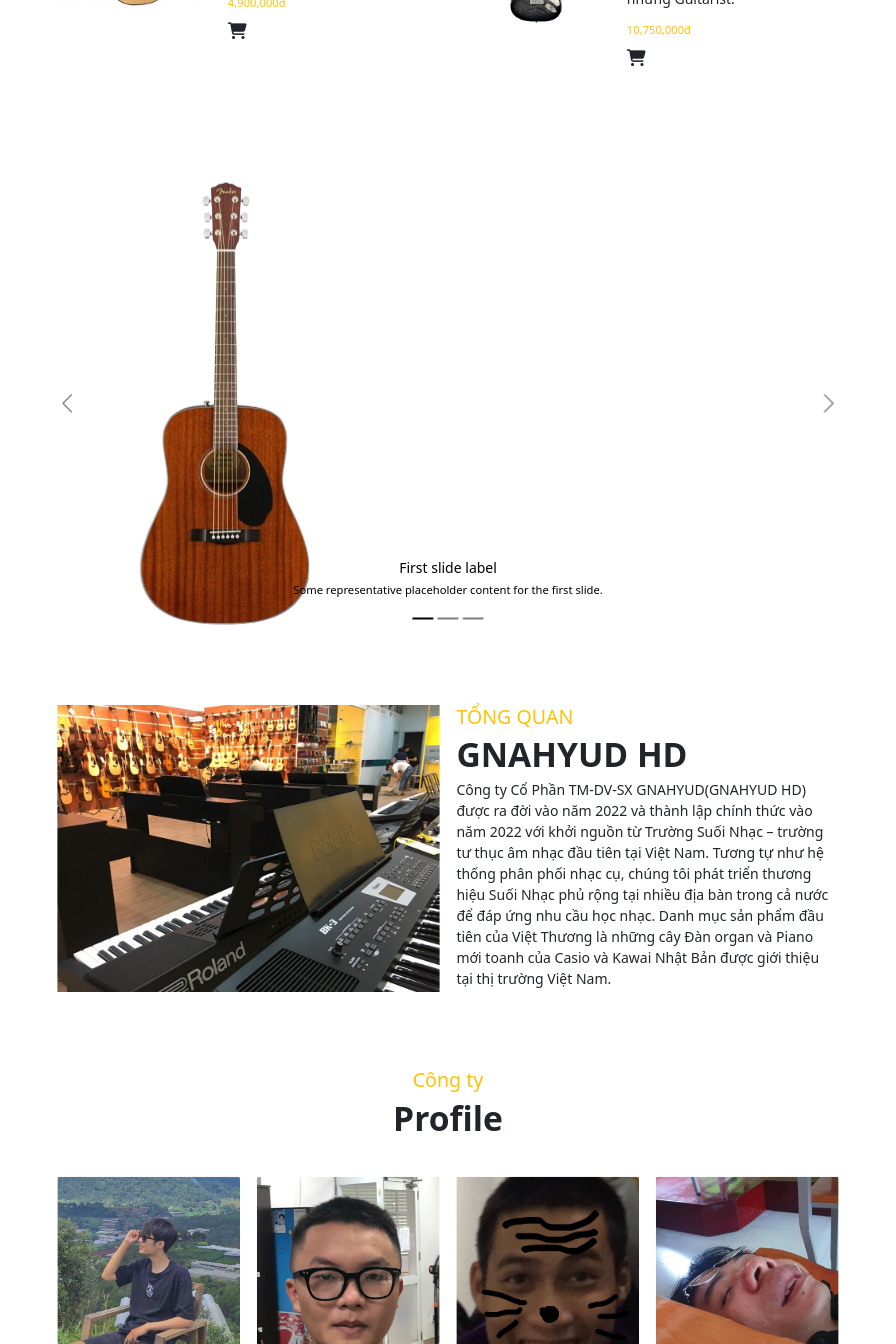
Repository: HoangDuy315/guitar
Page: index.html
An editor plug-in stored every save of this project. The page is shown before and after the next save, followed by the edit.
The browser window is 1280 px wide. The pictures show the part of the page from y = 1943 to 3863 px (the page is 5204 px tall before and 4869 px after), at 70% of full size.
Some web libraries are served in a nearby version.

Above is the page before, as saved 2022-09-16 15:27:43.

### index.html
<!doctype html>
<html lang="en">
  <head>
    <meta charset="utf-8">
    <meta name="viewport" content="width=device-width, initial-scale=1">
    <link href="https://cdn.jsdelivr.net/npm/bootstrap@5.1.3/dist/css/bootstrap.min.css" rel="stylesheet" integrity="sha384-1BmE4kWBq78iYhFldvKuhfTAU6auU8tT94WrHftjDbrCEXSU1oBoqyl2QvZ6jIW3" crossorigin="anonymous">

    <title>Guitar HD</title>
    <script src="https://kit.fontawesome.com/9676e8dc1b.js" crossorigin="anonymous"></script>
    <link rel="stylesheet" href="style.css">
  </head>
  <body>

    <!-- Nav -->
    <nav class="navbar navbar-expand-lg navbar-dark fixed-top py-3" id="navbar">
        <div class="container">
          <a class="navbar-brand fs-3 text-warning" href="#">GUITAR HD</a>
          <button class="navbar-toggler" type="button" data-bs-toggle="collapse" data-bs-target="#navbarSupportedContent" aria-controls="navbarSupportedContent" aria-expanded="false" aria-label="Toggle navigation">
            <span class="navbar-toggler-icon"></span>
          </button>
          <div class="collapse navbar-collapse" id="navbarSupportedContent">
            <ul class="navbar-nav me-auto mb-2 mb-lg-0 fs-5">
              <li class="nav-item">
                <a class="nav-link" href="#">Giới thiệu</a>
              </li>
              <li class="nav-item">
                <a class="nav-link" href="#">Tin tức</a>
              </li>
              <li class="nav-item dropdown">
                <a class="nav-link dropdown-toggle" href="#" id="navbarDropdown" role="button" data-bs-toggle="dropdown" aria-expanded="false">
                  Sản phẩm
                </a>
                <ul class="dropdown-menu" aria-labelledby="navbarDropdown">
                  <li><a class="dropdown-item" href="#">Guitar Clasic</a></li>
                  <li><a class="dropdown-item" href="#">Guitar Accoutic</a></li>
                  <li><a class="dropdown-item" href="#">Electronic Guitar</a></li>
                  <li><hr class="dropdown-divider"></li>
                  <li><a class="dropdown-item" href="#">Phụ kiện Guitar</a></li>
                </ul>
              </li>
              <li class="nav-item">
                <a class="nav-link" href="#">Liên hệ</a>
              </li>
            </ul>
            <a class="navbar-brand fw-bold  fs-3 text-warning" href="#"></a>
            <button class="btn  btn-outline-warning px-9 rounded-pill ms-auto">Login</button>
            <button class="btn  btn-outline-warning px-9 rounded-pill ms-3">Sign up</button>
          </div>
        </div>
      </nav>

    <!-- HomePage -->
    <section id="home" class="d-flex">
        <div class="container d-flex align-items-center">
            <div class="row justify-content-center">
                <div class="col-md-6">
                    <h1 class="display-1 fw-bolder text-white text-center">
                        BRINGING MUSIC TO<span class="text-warning"> EVERYONE</span>
                    </h1>
                </div>
            </div>
        </div>
    </section>

    <!-- Menu -->
    <section id="menu">
        <div class="container my-5 py-5">
            <div class="row mb-5">
                <div class="col-12 text-center">
                    <h3 class="text-warning">SẢN PHẨM</h3>
                    <h2 class="display-5 fw-bold">BEST SELLER</h2>
                </div>
            </div>
            <!-- 1 -->
            <div class="row">
                <div class="col-md-6">
                    <div class="card mb-3 border-0">
                        <div class="row g-0">
                          <div class="col-md-5 d-flex align-items-center">
                            <img src="./assets/ac1.png" class="img-fluid" alt="...">
                          </div>
                          <div class="col-md-7">
                            <div class="card-body">
                              <h5 class="card-title fs-3 fw-bold">FENDER FSR V3 CD60 MAH WN</h5>
                              <p class="card-text lead mb-2">CD-60 là một trong những mô hình phổ biến nhất của Fender và lý tưởng cho những người chơi đang tìm kiếm một cây đàn dáng dreadnought chất lượng cao giá cả phải.</p>
                              <p class="lead fw-bold fs-4 text-warning">
                                <p class="text-warning">4,900,000đ</p>
                                <i class="fa-solid fa-cart-shopping fs-4"></i>
                              </p>
                            </div>
                          </div>
                        </div>
                      </div>
                </div>
                <!-- 2 -->
                <div class="col-md-6">
                    <div class="card mb-3 border-0">
                        <div class="row g-0">
                          <div class="col-md-5 d-flex align-items-center">
                            <img src="./assets/ac4.png" class="img-fluid" alt="...">
                          </div>
                          <div class="col-md-7">
                            <div class="card-body">
                              <h5 class="card-title fs-3 fw-bold">TAKAMINE GD10CE</h5>
                              <p class="card-text lead mb-2">Dáng đàn dreadnought cho âm thanh dày, mạnh mẽ Mặt trước gỗ Spruce kết hợp mặt sau và hông mahogany Cần đàn mỏng gỗ mahogany và bán kính 12” Mặt phím gỗ và ngựa đàn Pin-less gỗ ovangkol.</p>
                              <p class="lead fw-bold fs-4 text-warning">
                                <p class="text-warning">6,690,000đ</p>
                                <i class="fa-solid fa-cart-shopping fs-4"></i>
                              </p>
                            </div>
                          </div>
                        </div>
                      </div>
                </div>
                <!-- 3 -->
                <div class="col-md-6">
                    <div class="card mb-3 border-0">
                        <div class="row g-0">
                          <div class="col-md-5 d-flex align-items-center">
                            <img src="./assets/cl6.png" class="img-fluid" alt="...">
                          </div>
                          <div class="col-md-7">
                            <div class="card-body">
                              <h5 class="card-title fs-3 fw-bold">CORDOBA C3M</h5>
                              <p class="card-text lead mb-2">Cordoba C3M là một trong những cây guitar dây nylon phổ biến của Cordoba. Được thiết kế với trọng lượng nhẹ và thoải mái để chơi.Thiết kế fan bracing mang lại âm sắc đẹp, mềm mại và cân bằng.</p>
                              <p class="lead fw-bold fs-4 text-warning">
                                <p class="text-warning">6,150,000đ</p>
                                <i class="fa-solid fa-cart-shopping fs-4"></i>
                              </p>
                            </div>
                          </div>
                        </div>
                      </div>
                </div>
                <!-- 4 -->
                <div class="col-md-6">
                    <div class="card mb-3 border-0">
                        <div class="row g-0">
                          <div class="col-md-5 d-flex align-items-center">
                            <img src="./assets/e2.png" class="img-fluid" alt="...">
                          </div>
                          <div class="col-md-7">
                            <div class="card-body">
                              <h5 class="card-title fs-4 fw-bold">FENDER SQUIER FSR AFF STRAT HSS LRL MBPG OWT</h5>
                              <p class="card-text lead mb-2">Là một con đường tuyệt vời để tiến đại vào gia đình Fender® lâu đời, Squier® Affinity Series ™ Stratocaster® QMT mang đến thiết kế huyền thoại GNAHYUD!.</p>
                              <p class="lead fw-bold fs-4 text-warning">
                                <p class="text-warning">9,320,000đ</p>
                                <i class="fa-solid fa-cart-shopping fs-4"></i>
                              </p>
                            </div>
                          </div>
                        </div>
                      </div>
                </div>
                <!-- 5 -->
                <div class="col-md-6">
                    <div class="card mb-3 border-0">
                        <div class="row g-0">
                          <div class="col-md-5 d-flex align-items-center">
                            <img src="./assets/cl7.png" class="img-fluid" alt="...">
                          </div>
                          <div class="col-md-7">
                            <div class="card-body">
                              <h5 class="card-title fs-3 fw-bold">TAKAMINE TH90</h5>
                              <p class="card-text lead mb-2">Takamine TH90 là cây đàn Classic được chế tác tinh tế với hệ thống Preamp Cool Tube CTP-3 mang đến âm thanh hoàn hảo cho người nghe Mặt trước.Đây là 1 dòng đàn cao cấp dùng gỗ Solid Spruce.</p>
                              <p class="lead fw-bold fs-4 text-warning">
                                <p class="text-warning">4,900,000đ</p>
                                <i class="fa-solid fa-cart-shopping fs-4"></i>
                              </p>
                            </div>
                          </div>
                        </div>
                      </div>
                </div>
                <!-- 6 -->
                <div class="col-md-6">
                    <div class="card mb-3 border-0">
                        <div class="row g-0">
                          <div class="col-md-5 d-flex align-items-center">
                            <img src="./assets/e1.png" class="img-fluid" alt="...">
                          </div>
                          <div class="col-md-7">
                            <div class="card-body">
                              <h5 class="card-title fs-5 fw-bold">FENDER SQUIER FSR AF STRAT QMT LRL WPPG BBST 0378034539</h5>
                              <p class="card-text lead mb-2">Là một con đường tuyệt vời để tiến đại vào gia đình Fender® lâu đời, Squier® Affinity Series ™ Stratocaster® QMT mang đến thiết kế huyền thoại và giai điệu tinh túy cho những Guitarist.</p>
                              <p class="lead fw-bold fs-4 text-warning">
                                <p class="text-warning">10,750,000đ</p>
                                <i class="fa-solid fa-cart-shopping fs-4"></i>
                              </p>
                            </div>
                          </div>
                        </div>
                      </div>
                </div>
            </div>
        </div>
    </section>

     <!-- Carousel -->
     <div id="carouselExampleDark" class="carousel carousel-dark slide" data-bs-ride="carousel">
      <div class="carousel-indicators">
        <button type="button" data-bs-target="#carouselExampleDark" data-bs-slide-to="0" class="active" aria-current="true" aria-label="Slide 1"></button>
        <button type="button" data-bs-target="#carouselExampleDark" data-bs-slide-to="1" aria-label="Slide 2"></button>
        <button type="button" data-bs-target="#carouselExampleDark" data-bs-slide-to="2" aria-label="Slide 3"></button>
      </div>
      <div class="carousel-inner">
        <div class="carousel-item active" data-bs-interval="10000">
          <img src="./assets/ac1.png" class="d-block w-50 h-50" alt="...">
          <div class="carousel-caption d-none d-md-block">
            <h5>First slide label</h5>
            <p>Some representative placeholder content for the first slide.</p>
          </div>
        </div>
        <div class="carousel-item" data-bs-interval="2000">
          <img src="..." class="d-block w-100" alt="...">
          <div class="carousel-caption d-none d-md-block">
            <h5>Second slide label</h5>
            <p>Some representative placeholder content for the second slide.</p>
          </div>
        </div>
        <div class="carousel-item">
          <img src="..." class="d-block w-100" alt="...">
          <div class="carousel-caption d-none d-md-block">
            <h5>Third slide label</h5>
            <p>Some representative placeholder content for the third slide.</p>
          </div>
        </div>
      </div>
      <button class="carousel-control-prev" type="button" data-bs-target="#carouselExampleDark" data-bs-slide="prev">
        <span class="carousel-control-prev-icon" aria-hidden="true"></span>
        <span class="visually-hidden">Previous</span>
      </button>
      <button class="carousel-control-next" type="button" data-bs-target="#carouselExampleDark" data-bs-slide="next">
        <span class="carousel-control-next-icon" aria-hidden="true"></span>
        <span class="visually-hidden">Next</span>
      </button>
    </div>

    <!-- About -->
    <section id="about">
        <div class="container my-5 py-5">
            <div class="row">
                <div class="col-md-6">
                    <img src="./assets/about3.png" alt="Hang Heo" class="w-100 h-80">
                </div>
                <div class="col-md-6">
                    <h3 class="text-warning">TỔNG QUAN</h3>
                    <h2 class="display-5 fw-bold">GNAHYUD HD</h2>
                    <p class="lead">Công ty Cổ Phần TM-DV-SX GNAHYUD(GNAHYUD HD) được ra đời vào năm 2022 và thành lập chính thức vào năm 2022 với khởi nguồn từ Trường Suối Nhạc – trường tư thục âm nhạc đầu tiên tại Việt Nam.
                         Tương tự như hệ thống phân phối nhạc cụ, chúng tôi phát triển thương hiệu Suối Nhạc phủ rộng tại nhiều địa bàn trong cả nước để đáp ứng nhu cầu học nhạc. Danh mục sản phẩm đầu tiên của Việt Thương là những cây Đàn organ và Piano mới toanh của Casio và Kawai Nhật Bản được giới thiệu tại thị trường Việt Nam. </p>
                </div>
            </div>
        </div>
    </section>

    <!-- Designer -->
    <section id="designer">
        <div class="container">
            <div class="row mb-5    ">
                <div class="col-12 text-center">
                    <h3 class="text-warning">Công ty</h3>
                    <h2 class="display-5 fw-bold">Profile</h2>
                </div>
            </div>
            <div class="row">
                <!-- 1 -->
                <div class="col-md-3">
                    <div class="card border-0">
                        <img src="./assets/ceo.png" class="card-img-top" alt="...">
                        <div class="card-body text-center">
                          <h4 class="card-title text-warning">CEO</h5>
                          <h6 class="card-title lead">GnahYud</h5>
                          <p class="card-text">When life changes to be harder, change yourself to be stronger</p>
                        </div>
                      </div>
                </div>

                <!-- 2 -->
                <div class="col-md-3">
                    <div class="card border-0">
                        <img src="./assets/trưởng phòng.png" class="card-img-top" alt="...">
                        <div class="card-body text-center">
                          <h4 class="card-title text-warning">Trưởng phòng</h5>
                          <h6 class="card-title lead">Glong</h5>
                          <p class="card-text">In three words I can sum up I’ve learned in life: it goes on.</p>
                        </div>
                      </div>
                </div>

                <!-- 3 -->
                <div class="col-md-3">
                    <div class="card border-0">
                        <img src="./assets/bảo vệ.png" class="card-img-top h-100" alt="...">
                        <div class="card-body text-center">
                          <h4 class="card-title text-warning">Bảo vệ</h4></h5>
                          <h6 class="card-title lead">Ốc Piêu</h5>
                          <p class="card-text">We could never learn to be brave and patient, if there were only joy in the world.</p>
                        </div>
                      </div>
                </div>

                <!-- 4 -->
                <div class="col-md-3">
                    <div class="card border-0">
                        <img src="./assets/lao công.png" class="card-img-top" alt="...">
                        <div class="card-body text-center">
                          <h4 class="card-title text-warning">Lao công</h5>
                          <h6 class="card-title lead">Như Hiền</h5>
                          <p class="card-text">Sadness flies away on the wings of time.</p>
                        </div>
                      </div>
                </div>
            </div>
        </div>
    </section>

    <!-- Contact -->
    <section id="contact">
        <div class="container my-5 py-5">
            <div class="row mb-5">
                <div class="col-12 text-center">
                    <h3 class="text-warning fs-1">Liên hệ</h3>
                    <h2 class="display-7 fw-bold">Chúng tôi sẽ giúp bạn tìm đúng giải pháp cho đam mê của bạn.</h2>
                </div>
            </div>
            <div class="row justify-content-center">
                <div class="col-md-6">
                    <form action="">
                        <div class="mb-3">
                            <input type="text" class="form-control py-2" id="name" placeholder="Họ Và Tên">
                        </div>
                        <div class="mb-3">
                            <input type="text" class="form-control py-2" id="name" placeholder="Title">
                        </div>
                        <div class="mb-3">
                            <input type="email" class="form-control py-2" id="exampleFormControlInput1" placeholder="Email">
                        </div>
                        <div class="mb-3">
                            <textarea class="form-control" id="exampleFormControlTextarea1" placeholder="Nội dung" rows="3"></textarea>
                        </div>
                        <button class="button-32" role="button">Send</button>
                    </form>
                </div>
            </div>
        </div>
    </section>

    <!-- Footer -->
    <footer class="text-center text-lg-start bg-dark text-muted">
      <!-- Section: Social media -->
      <section class="d-flex justify-content-center justify-content-lg-between p-4 border-bottom">
        <!-- Left -->
        <div class="me-5 d-none d-lg-block">
          <span class="text-white fs-5">Social</span>
        </div>
        <!-- Left -->

        <!-- Right -->
        <div>
          <a href="" class="me-4 link-secondary">
            <i class="fab fa-facebook-f"></i>
          </a>
          <a href="" class="me-4 link-secondary">
            <i class="fab fa-twitter"></i>
          </a>
          <a href="" class="me-4 link-secondary">
            <i class="fab fa-google"></i>
          </a>
          <a href="" class="me-4 link-secondary">
            <i class="fab fa-instagram"></i>
          </a>
          <a href="" class="me-4 link-secondary">
            <i class="fab fa-linkedin"></i>
          </a>
          <a href="" class="me-4 link-secondary">
            <i class="fab fa-github"></i>
          </a>
        </div>
        <!-- Right -->
      </section>
      <!-- Section: Social media -->

      <!-- Section: Links  -->
      <section class="">
        <div class="container text-center text-md-start mt-5">
          <!-- Grid row -->
          <div class="row mt-3">
            <!-- Grid column -->
            <div class="col-md-3 col-lg-4 col-xl-3 mx-auto mb-4">
              <!-- Content -->
              <h6 class="text-uppercase fw-bold mb-4">
                <i class="fas fa-gem me-3 text-secondary"></i>GNAHYUD HD
              </h6>
              <p>
                <a href="#!" class="text-white">Giới thiệu công ty</a>
              </p>
              <p>
                <a href="#!" class="text-white">Hệ thống Showroom, đại lý</a>
              </p>
              <p>
                <a href="#!" class="text-white">Liên hệ/góp ý</a>
              </p>
              <p>
                <a href="#!" class="text-white">Mua trả góp</a>
              </p>
            </div>
            <!-- Grid column -->

            <!-- Grid column -->
            <div class="col-md-2 col-lg-2 col-xl-2 mx-auto mb-4">
              <!-- Links -->
              <h6 class="text-uppercase fw-bold mb-4">
                Hướng dẫn chung
              </h6>
              <p>
                <a href="#!" class="text-white">Giao hàng-đổi trả</a>
              </p>
              <p>
                <a href="#!" class="text-white">Hướng dẫn mua hàng</a>
              </p>
              <p>
                <a href="#!" class="text-white">Thanh toán và bảo mật</a>
              </p>
              <p>
                <a href="#!" class="text-white">Bảo hành Guitar</a>
              </p>
            </div>
            <!-- Grid column -->

            <!-- Grid column -->
            <div class="col-md-3 col-lg-2 col-xl-2 mx-auto mb-4">
              <!-- Links -->
              <h6 class="text-uppercase fw-bold mb-4">
                Hỗ trợ khách hàng
              </h6>
              <p>
                <a href="#!" class="text-white">Gọi mua hàng </a>
              </p>
              <p>
                <a href="#!" class="text-white">Thời gian phục vụ: 8h-22h</a>
              </p>
              <p>
                <a href="#!" class="text-white">Hotline: 1234 6789 </a>
              </p>
            </div>
            <!-- Grid column -->

            <!-- Grid column -->
            <div class="col-md-4 col-lg-3 col-xl-3 mx-auto mb-md-0 mb-4">
              <!-- Links -->
              <h6 class="text-uppercase fw-bold mb-4">Địa chỉ</h6>
              <p><i class="fas fa-home me-3 text-secondary"></i>607 XVNT, P.26, Q.BT, TP.HCM</p>
              <p>
                <i class="fas fa-envelope me-3 text-secondary"></i>
                info@example.com
              </p>
              <p><i class="fas fa-phone me-3 text-secondary"></i> + 01 234 567 88</p>
              <p><i class="fas fa-print me-3 text-secondary"></i> + 01 234 567 89</p>
            </div>
            <!-- Grid column -->
          </div>
          <!-- Grid row -->
        </div>
      </section>
      <!-- Section: Links  -->

      <!-- Copyright -->
      <div class="text-center p-4" style="background-color: rgba(0, 0, 0, 0.025);">
        © 2021 Copyright:
        <a class="text-reset fw-bold" href="https://mdbootstrap.com/">MDBootstrap.com</a>
      </div>
      <!-- Copyright -->
    </footer>

    <script src="https://cdn.jsdelivr.net/npm/bootstrap@5.1.3/dist/js/bootstrap.bundle.min.js" integrity="sha384-ka7Sk0Gln4gmtz2MlQnikT1wXgYsOg+OMhuP+IlRH9sENBO0LRn5q+8nbTov4+1p" crossorigin="anonymous"></script>
    <script>
        window.onscroll = function(){
            scrollFunction();
        }

        function scrollFunction() {
            if(document.body.scrollTop > 100 || document.documentElement.scrollTop > 100) {
                document.getElementById("navbar").classList.add("bg-dark", "shadow");
            }
            else{
                document.getElementById("navbar").classList.remove("bg-dark", "shadow");
            }
        }
    </script>
</body>
</html>

Loaded but not shown: style.css (42 lines, source omitted)

After the next save:
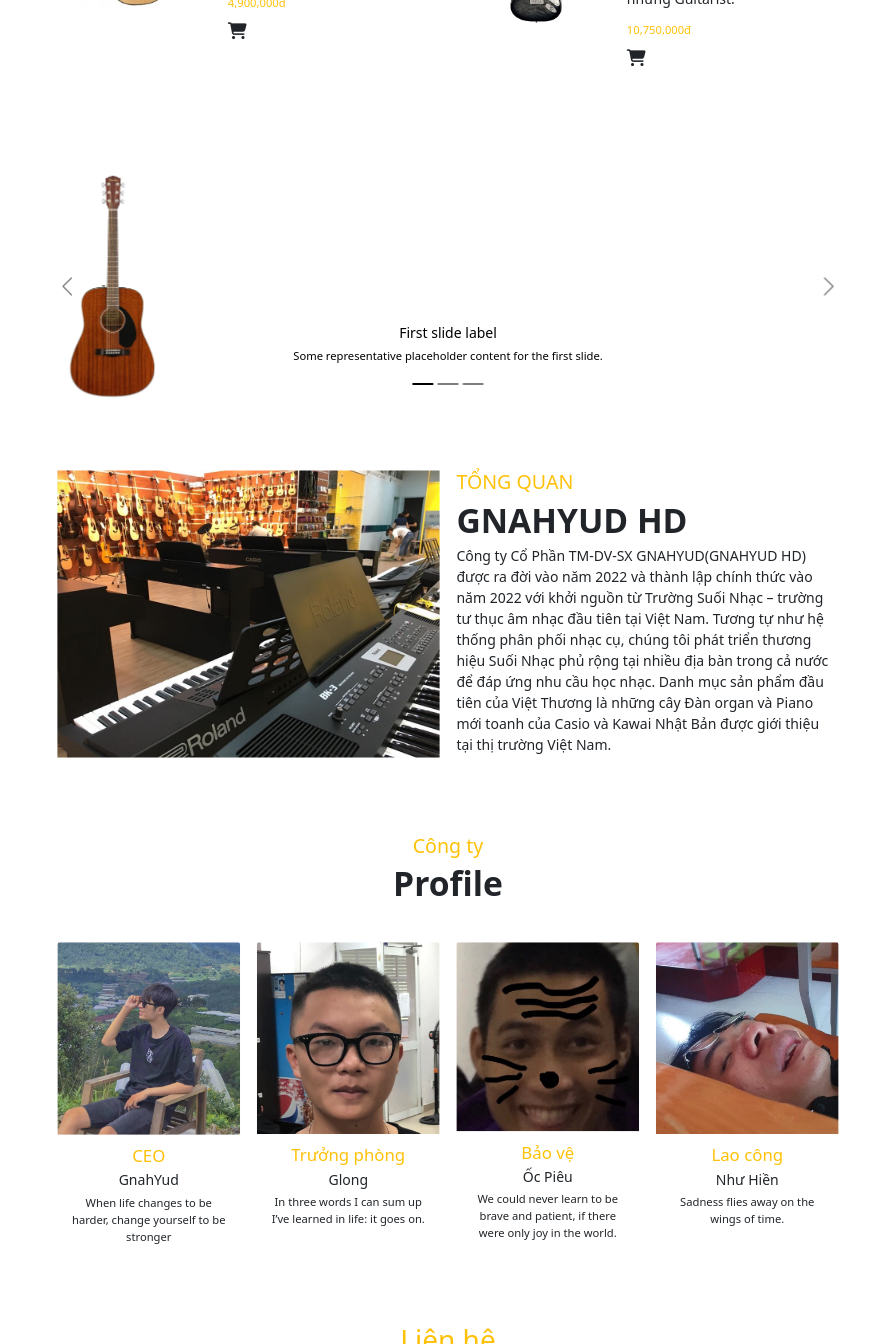
Saved 16 s later.
--- a/index.html
+++ b/index.html
@@ -205,7 +205,7 @@
       </div>
       <div class="carousel-inner">
         <div class="carousel-item active" data-bs-interval="10000">
-          <img src="./assets/ac1.png" class="d-block w-50 h-50" alt="...">
+          <img src="./assets/ac1.png" class="d-block w-25 h-25" alt="...">
           <div class="carousel-caption d-none d-md-block">
             <h5>First slide label</h5>
             <p>Some representative placeholder content for the first slide.</p>
